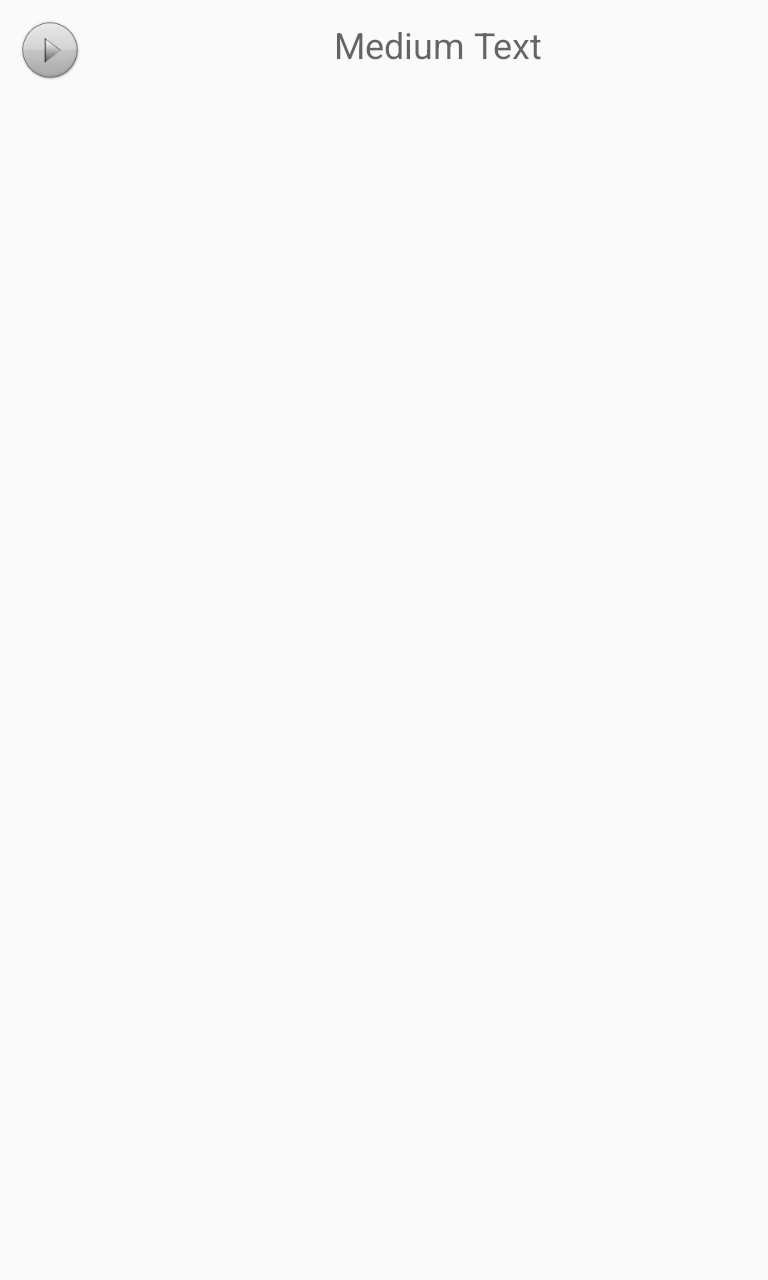
Repository: savindra/cutting-edge
Layout: Humzearch/res/layout/settings_row.xml
These files come from the project's save history. The layout is drawn as it stood at one moment and after the next save; the edit follows.
It is drawn on a 768 x 1280 px phone screen (xhdpi) without system bars, with theme AppTheme; the app's code is not run.

Above is the layout before, as saved 2015-06-22 06:40:35.

After the next save:
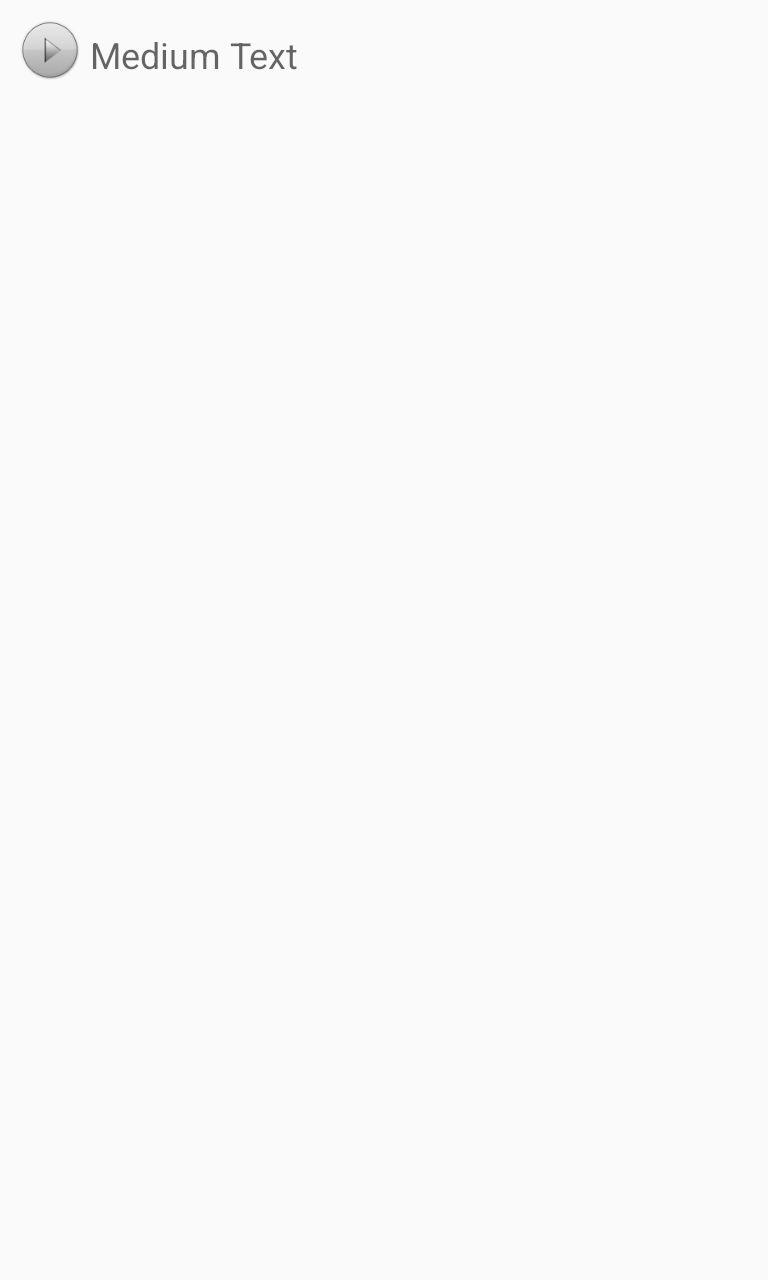
Saved 82 s later.
--- a/Humzearch/res/layout/settings_row.xml
+++ b/Humzearch/res/layout/settings_row.xml
@@ -15,13 +15,13 @@
 
     <TextView
         android:id="@+id/textView1"
-        android:layout_width="fill_parent"
+        android:layout_width="wrap_content"
         android:layout_height="wrap_content"
         android:layout_alignTop="@+id/imageView1"
-        android:layout_marginLeft="14dp"
+        android:layout_marginLeft="5dp"
+        android:layout_marginTop="5dp"
         android:layout_toRightOf="@+id/imageView1"
         android:text="Medium Text"
-        android:gravity="center_vertical|center"
         android:textAppearance="?android:attr/textAppearanceMedium" />
 
 </RelativeLayout>
